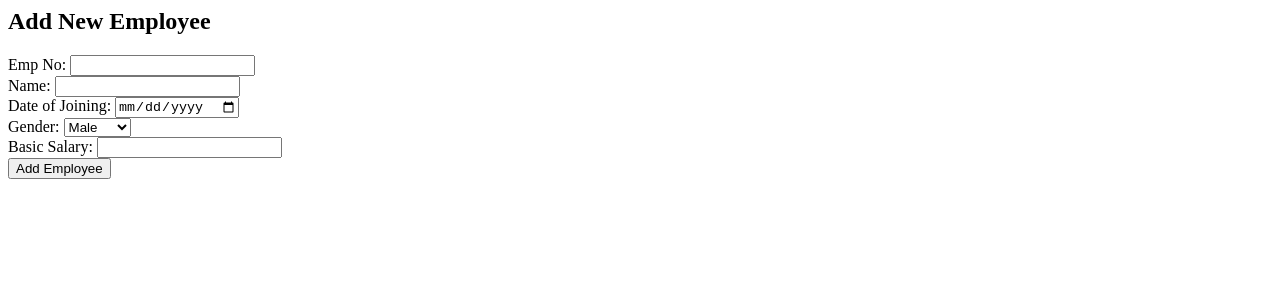
Repository: KUSUMA-74/Advance-JavaProject
Page: http://localhost/EmployeeWebApp/empadd.jsp
These files come from the project's save history. The page is drawn as it stood at one moment and after the next save; the edit follows.
The browser window is 1280 px wide. The pictures show the whole page.
The page is served by Tomcat 9.

Above is the page before, as saved 2025-05-30 06:41:13.

After the next save:
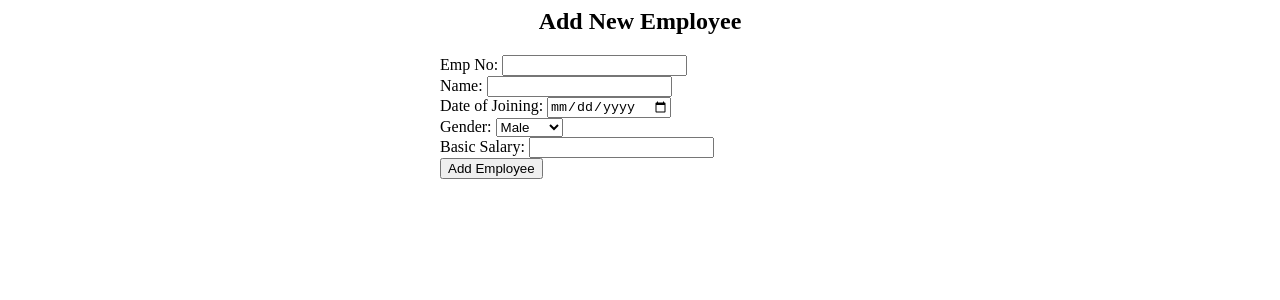
Saved 114 s later.
--- a/EmployeeWebApp/src/main/webapp/empadd.jsp
+++ b/EmployeeWebApp/src/main/webapp/empadd.jsp
@@ -1,21 +1,29 @@
-<%@ page contentType="text/html;charset=UTF-8" language="java" %>
 <html>
 <head>
     <title>Add Employee</title>
 </head>
 <body>
-<h2>Add New Employee</h2>
-<form action="AddEmployeeServlet" method="post">
-    Emp No: <input type="text" name="empno" required /><br/>
-    Name: <input type="text" name="empName" required /><br/>
-    Date of Joining: <input type="date" name="doj" required /><br/>
-    Gender:
-    <select name="gender">
-        <option>Male</option>
-        <option>Female</option>
-    </select><br/>
-    Basic Salary: <input type="number" name="bsalary" step="0.01" required /><br/>
-    <input type="submit" value="Add Employee" />
-</form>
+    <h2 align="center">Add New Employee</h2>
+    <form action="AddEmployeeServlet" method="post" style="width: 400px; margin: auto;">
+        <label>Emp No:</label>
+        <input type="number" name="empno" required><br>
+
+        <label>Name:</label>
+        <input type="text" name="empName" required><br>
+
+        <label>Date of Joining:</label>
+        <input type="date" name="doj" required><br>
+
+        <label>Gender:</label>
+        <select name="gender" required>
+            <option value="Male">Male</option>
+            <option value="Female">Female</option>
+        </select><br>
+
+        <label>Basic Salary:</label>
+        <input type="number" step="0.01" name="bsalary" required><br>
+
+        <input type="submit" value="Add Employee">
+    </form>
 </body>
 </html>
